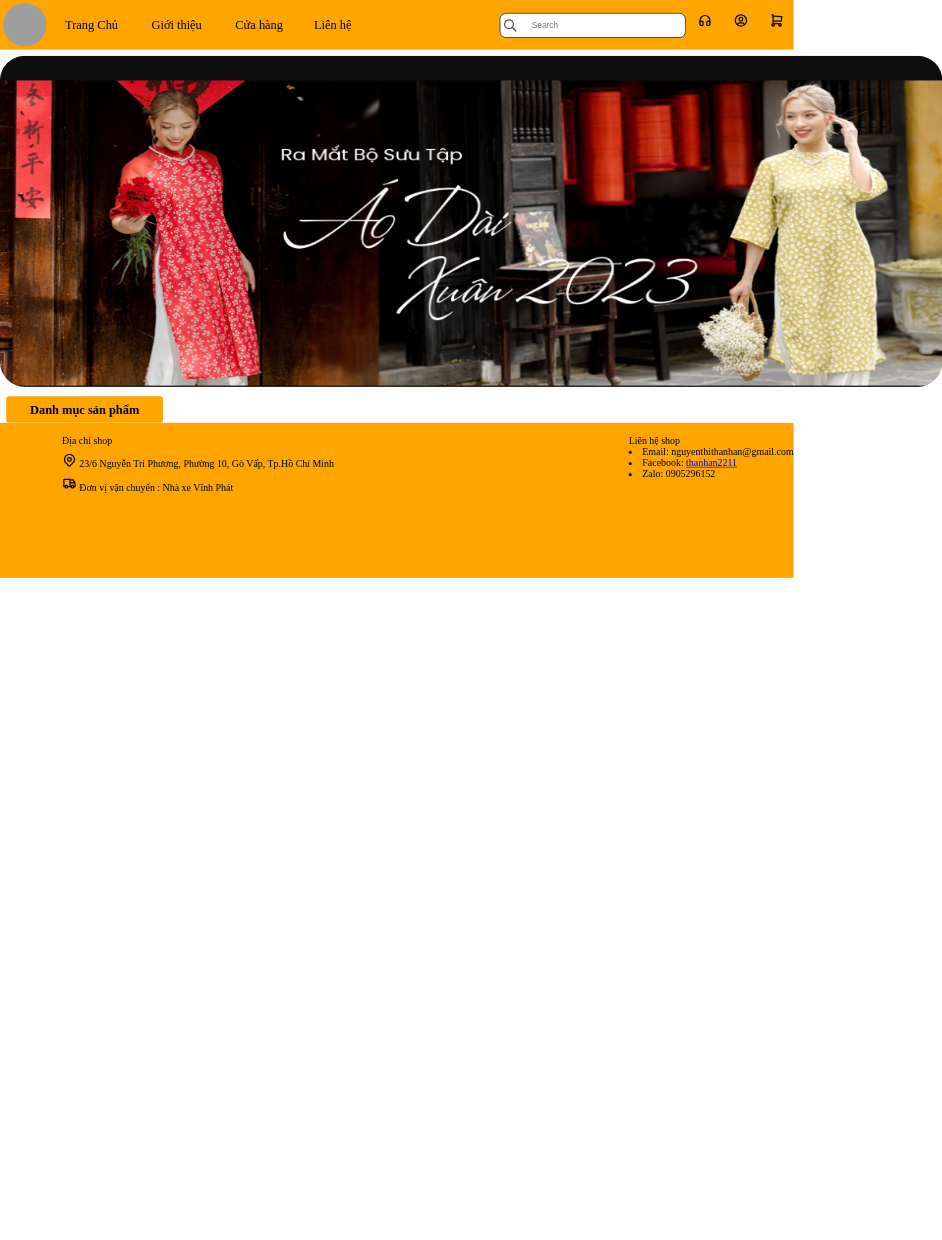
Repository: manhhieu120499/test-page
Page: index.html
These files come from the project's save history. The page is drawn as it stood at one moment and after a run of saves; the edit follows.
The browser window is 1280 px wide. The page is 1520 px wide, so the pictures cover 1520 px, including what lies to the right of the window. The pictures show the whole page, at 62% of full size.
Pictures or frames that could not be fetched are drawn as grey boxes.

Above is the page before, as saved 2023-01-12 00:28:36.

### index.html
<!DOCTYPE html>
<html lang="en">

<head>
    <meta charset="UTF-8">
    <meta http-equiv="X-UA-Compatible" content="IE=edge">
    <meta name="viewport" content="width=device-width, initial-scale=1.0">
    <title>Document</title>
    <link rel="stylesheet" href="./style.css">
</head>

<body>
    <div id="header">
        <div class="left-sidebar">
            <img src="https://t3.ftcdn.net/jpg/03/02/36/70/360_F_302367092_vmqO9rSPmluZJFuOFFNzjGwimbChoIAZ.jpg"
                alt="logo-shop">
            <ul class="sub-menu">
                <li><a href="#">Trang Chủ</a></li>
                <li><a href="#">Giới thiệu</a></li>
                <li><a href="#">Cửa hàng</a< /li>
                <li><a href="#">Liên hệ</a></li>
            </ul>

        </div>

        <div class="right-sidebar">
            <input type="text" placeholder="           Search" />
            <a href="#" class="search">
                <svg xmlns="http://www.w3.org/2000/svg" class="icon icon-tabler icon-tabler-search" width="24" height="24" viewBox="0 0 24 24" stroke-width="2" stroke="currentColor" fill="none" stroke-linecap="round" stroke-linejoin="round">
                    <path stroke="none" d="M0 0h24v24H0z" fill="none"></path>
                    <circle cx="10" cy="10" r="7"></circle>
                    <line x1="21" y1="21" x2="15" y2="15"></line>
                 </svg>
            </a>
            <a href="#" class="telesale">
                <svg xmlns="http://www.w3.org/2000/svg" class="icon icon-tabler icon-tabler-headphones" width="24"
                    height="24" viewBox="0 0 24 24" stroke-width="2" stroke="currentColor" fill="none"
                    stroke-linecap="round" stroke-linejoin="round">
                    <path stroke="none" d="M0 0h24v24H0z" fill="none"></path>
                    <rect x="4" y="13" rx="2" width="5" height="7"></rect>
                    <rect x="15" y="13" rx="2" width="5" height="7"></rect>
                    <path d="M4 15v-3a8 8 0 0 1 16 0v3"></path>
                </svg>
            </a>
            <a href="#" class="person">
                <svg xmlns="http://www.w3.org/2000/svg" class="icon icon-tabler icon-tabler-user-circle" width="24"
                    height="24" viewBox="0 0 24 24" stroke-width="2" stroke="currentColor" fill="none"
                    stroke-linecap="round" stroke-linejoin="round">
                    <path stroke="none" d="M0 0h24v24H0z" fill="none"></path>
                    <circle cx="12" cy="12" r="9"></circle>
                    <circle cx="12" cy="10" r="3"></circle>
                    <path d="M6.168 18.849a4 4 0 0 1 3.832 -2.849h4a4 4 0 0 1 3.834 2.855"></path>
                </svg>
            </a>
            <a href="#" class="shopping-cart">
                <svg xmlns="http://www.w3.org/2000/svg" class="icon icon-tabler icon-tabler-shopping-cart" width="24"
                    height="24" viewBox="0 0 24 24" stroke-width="2" stroke="currentColor" fill="none"
                    stroke-linecap="round" stroke-linejoin="round">
                    <path stroke="none" d="M0 0h24v24H0z" fill="none"></path>
                    <circle cx="6" cy="19" r="2"></circle>
                    <circle cx="17" cy="19" r="2"></circle>
                    <path d="M17 17h-11v-14h-2"></path>
                    <path d="M6 5l14 1l-1 7h-13"></path>
                </svg>
            </a>
        </div>
    </div>

    <div class="body">
        <div class="shop-picture">
            <img src="./logo-tet.png" alt="picture">
        </div>
        <span class="title">Danh mục sản phẩm</span>
        <!-- <div class="group-danh-muc">
            <ul>
                <li><a href="#">
                     <img src="" alt="Váy">
                     <span>Váy</span>
                </a></li>
                <li><a href="#">
                    <img src="" alt="Áo thun">
                    <span>Áo thun</span>
                </a></li>
                <li><a href="#">
                    <img src="" alt="Áo khoát">
                    <span>Áo khoát</span>
                </a></li>
                <li><a href="#">
                    <img src="" alt="Áo polo">
                    <span>Áo polo</span>
                </a></li>
                <li><a href="#">
                    <img src="" alt="Áo hoodies">
                    <span>Áo hoodies</span>
                </a></li>
                <li><a href="#">
                    <img src="" alt="Chân váy">
                    <span>Chân váy</span>
                </a></li>
                <li><a href="#">
                    <img src="" alt="Quần jean">
                    <span>Quần jean</span>
                </a></li>
                <li><a href="#">
                    <img src="" alt="Quần short">
                    <span>Quần short</span>
                </a></li>
            </ul>
        </div> -->
    </div>

    <div id="footer">
         <div class="address">
            <span>Địa chỉ shop</span>
            <ul>
                <li>
                    <svg xmlns="http://www.w3.org/2000/svg" class="icon icon-tabler icon-tabler-map-pin" width="24" height="24" viewBox="0 0 24 24" stroke-width="2" stroke="currentColor" fill="none" stroke-linecap="round" stroke-linejoin="round">
                    <path stroke="none" d="M0 0h24v24H0z" fill="none"></path>
                    <circle cx="12" cy="11" r="3"></circle>
                    <path d="M17.657 16.657l-4.243 4.243a2 2 0 0 1 -2.827 0l-4.244 -4.243a8 8 0 1 1 11.314 0z"></path>
                    </svg>
                    23/6 Nguyễn Tri Phương, Phường 10, Gò Vấp, Tp.Hồ Chí Minh
                </li>
                <li>
                    <svg xmlns="http://www.w3.org/2000/svg" class="icon icon-tabler icon-tabler-truck" width="24" height="24" viewBox="0 0 24 24" stroke-width="2" stroke="currentColor" fill="none" stroke-linecap="round" stroke-linejoin="round">
                        <path stroke="none" d="M0 0h24v24H0z" fill="none"></path>
                        <circle cx="7" cy="17" r="2"></circle>
                        <circle cx="17" cy="17" r="2"></circle>
                        <path d="M5 17h-2v-11a1 1 0 0 1 1 -1h9v12m-4 0h6m4 0h2v-6h-8m0 -5h5l3 5"></path>
                     </svg>
                     Đơn vị vận chuyển : Nhà xe Vĩnh Phát
                </li>
            </ul>
         </div>

         <div class="contact">
            <span>Liên hệ shop</span>
            <li>Email: nguyenthithanhan@gmail.com</li>
            <li>Facebook: <a href="https://www.facebook.com/profile.php?id=100042754030185">thanhan2211</a></li>
            <li>Zalo: 0905296152</a></li>
         </div>
    </div>
</body>

</html>

### style.css
* {
    margin: 0;
    padding: 0;
    box-sizing: border-box;
}

#header {
    width: 100vw;
    height: 80px;
    background-color: orange;
    display: flex;
    justify-content: space-between;
}

.left-sidebar {
    display: flex;
}

.left-sidebar img {
    width: 70px;
    height: 70px;
    border-radius: 50%;
    margin: 5px;
}

.sub-menu li {
   list-style: none;
   display: inline-block;
   line-height: 80px;
   padding: 0px 25px;
}

.sub-menu li a {
    text-decoration: none;
    color: black;
    font-size: 20px;
}

.right-sidebar a {
    display: inline-block;
    line-height: 80px;
    padding: 0 15px;
    color: black;
}

input {
    padding: 10px 10px;
    width: 300px;
    height: 40px;
    border: 1px solid black;
    border-radius: 10px;
    position: relative;
}

.search {
    position: absolute;
    right: 430px;
    top: 8px;
    opacity: 0.7;
}

body {
    height: 2000px;
}

.shop-picture img {
    display: block;
    height: 534px;
    width: 1520px;
    margin: 10px auto;
    border-radius: 40px;
}

.title {
    text-align: center;
    width: 253px;
    padding: 10px 0;
    border-radius: 5px;
    background-color: orange;
    font-weight: bold;
    margin-left: 10px;
    margin-top: 15px;
    display: block;
    font-size: 20px;
}

#footer {
   height: 250px;
   background-color: orange;
   display: flex;
   justify-content: space-between;
}

.address, .contact {
    margin-top: 20px;
}

.address {
    margin-left: 100px;
}

.address li {
    list-style: none;
    margin-top: 10px;
}

After the next 4 saves:
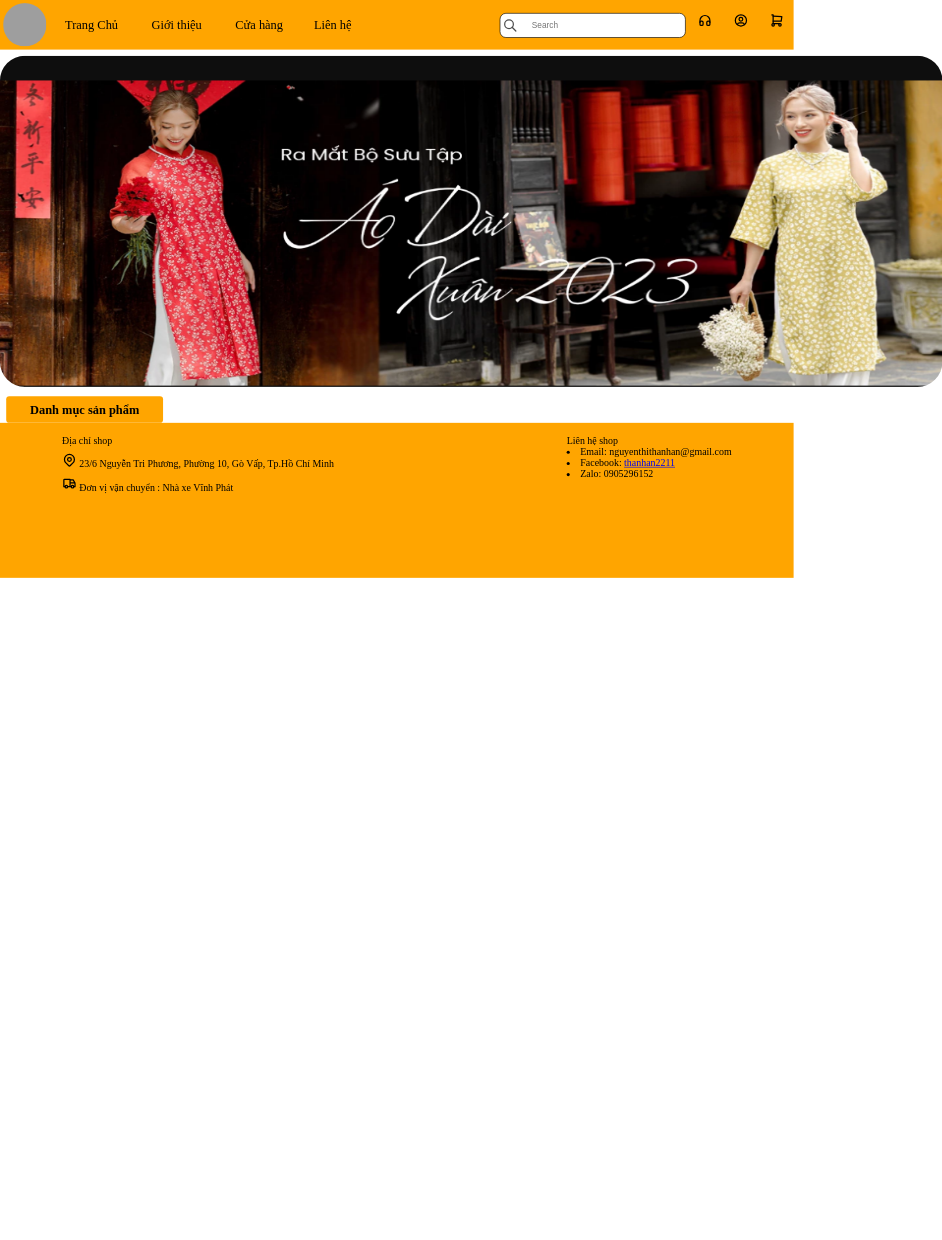
The 4 saves are shown as one change because they came seconds apart.
The last was saved 12 s later.
--- a/style.css
+++ b/style.css
@@ -103,3 +103,7 @@ body {
     list-style: none;
     margin-top: 10px;
 }
+
+.contact {
+    margin-right: 100px;
+}
